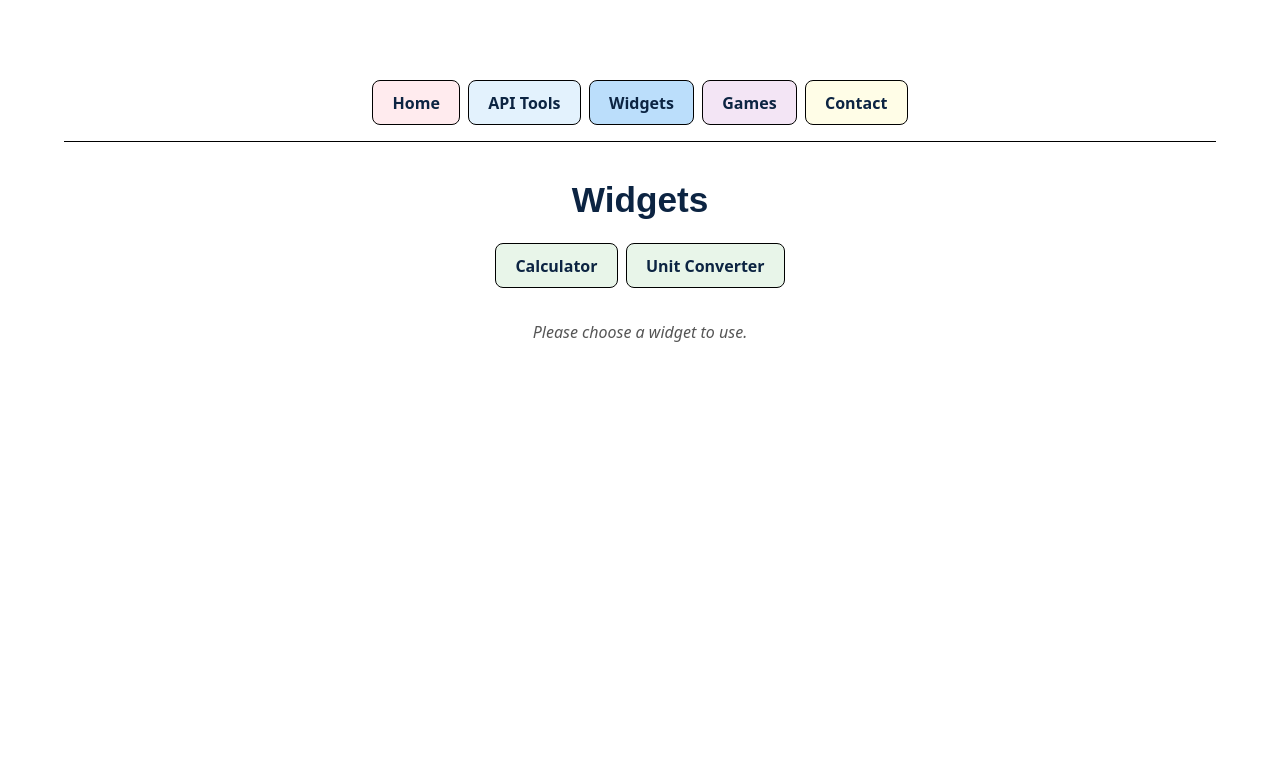
Repository: ourshadetree/TimPortfolio
Page: /widgets
The author's editor kept a copy of each file at every save. The page is drawn from the files as they stood at one save, then again after the next save.
The browser window is 1280 px wide. The pictures show the whole page.
The project was rebuilt for these pictures with package versions that can differ from the ones it lists, and the page was loaded fresh each time. Also part of the build but not shown: vite.config.js, src/views/HomeView.vue, src/components/MovieApi.vue, src/components/WeatherApi.vue, src/views/ApiTools.vue, src/components/Calculator.vue, src/components/UnitConverter.vue, src/components/RockPaperScissors.vue and 3 more. Imported but missing from the stored project, and not drawn on this page: src/assets/CurrentResumeTimSB.pdf.

Above is the page before, as saved 2025-05-07 14:24:55.

### src/main.js
// src/main.js
import { createApp } from 'vue'
import App        from './App.vue'
import { router } from './router'
import './assets/style.css'         // your reset / base styles

createApp(App)
  .use(router)
  .mount('#app')

### src/App.vue
<!-- src/App.vue -->
<template>
  <div id="app">
    <header>
      <nav>
        <router-link to="/"       class="tab tab--home">Home</router-link>
        <router-link to="/api-tools" class="tab tab--api">API Tools</router-link>
        <router-link to="/widgets"   class="tab tab--widgets">Widgets</router-link>
        <router-link to="/games"     class="tab tab--games">Games</router-link>
        <router-link to="/contact"   class="tab tab--contact">Contact</router-link>
      </nav>
    </header>
    <main>
      <router-view/>
    </main>
  </div>
</template>


<script setup>
// no script needed here yet
</script>

<style>
#app {
  background: white;
  min-height: 100vh;
}

/* header/nav styling */
header {
  padding: 1rem;
  border-bottom: 1px solid black;
  text-align: center;
}
nav {
  display: inline-flex;
  gap: 0.5rem;
}
nav a {
  padding: 0.5rem 1rem;
  border: 1px solid black;
  border-radius: 8px;
  background: #FDEFF9; /* pastel pink */
  color: #0C2442;
  text-decoration: none;
  font-weight: bold;
}
nav a.router-link-active {
  background: yellow; /* pastel blue when active */
}

/* base tab style */
.tab {
  padding: 0.6rem 1.2rem;
  border: 1px solid #000;
  border-radius: 8px;
  text-decoration: none;
  font-weight: bold;
  color: #0C2442;
  transition: opacity .2s;
}
.tab:hover {
  opacity: 0.8;
}

/* pastel colours for each */
.tab--home     { background: #FFEBEE; } /* very light pink */
.tab--api      { background: #E3F2FD; } /* very light blue */
.tab--widgets  { background: #E8F5E9; } /* very light green */
.tab--games    { background: #F3E5F5; } /* very light purple */
.tab--contact  { background: #FFFDE7; } /* very light yellow */

</style>

### src/router/index.js
// src/router/index.js
import { createRouter, createWebHistory } from 'vue-router'
import HomeView    from '../views/HomeView.vue'
import ApiTools    from '../views/ApiTools.vue'
import Widgets     from '../views/Widgets.vue'
import Games       from '../views/Games.vue'
import Contact     from '../views/Contact.vue'

const routes = [
  { path: '/',           name: 'Home',      component: HomeView },
  { path: '/api-tools',   name: 'API Tools', component: ApiTools },
  { path: '/widgets',     name: 'Widgets',   component: Widgets },
  { path: '/games',       name: 'Games',     component: Games },
  { path: '/contact',     name: 'Contact',   component: Contact },
]

export const router = createRouter({
  history: createWebHistory(),
  routes,
})

### src/assets/style.css
/* ------------------------------------------------------------------------
   src/assets/style.css
   ————————————————————————————————————————————————————————————————
   1) Reset / base
   2) Layout (#app, header/nav)
   3) Typography (h1)
   4) Tabs (.tab, .tab--*)
   5) Buttons, links, etc.
   ------------------------------------------------------------------------ */

/* 1) -------- Reset / Base -------- */
:root {
  /* overall color scheme */
  background-color: #ffffff;
  color: #0C2442; /* dark blue text */
  font-family: Karla, system-ui, sans-serif;
  line-height: 1.5;
}

*,
*::before,
*::after {
  box-sizing: border-box;
  margin: 0;
  padding: 0;
}

/* 2) --------#app & header/nav layout -------- */
#app {
  max-width: 1280px;
  margin: 0 auto;
  padding: 2rem;
  text-align: center;
  background: white;
  min-height: 100vh;
}

header {
  padding-bottom: 1rem;
  border-bottom: 1px solid black;
  margin-bottom: 2rem;
}

nav {
  display: inline-flex;
  gap: 0.5rem;
}

/* 3) -------- Typography -------- */
#app h1 {
  font-family: 'Sora', sans-serif;
  font-size: 2.2rem;
  font-weight: 900;
  margin: 1rem 0;
}

/* 4) -------- Tabs -------- */
.tab {
  display: inline-block;
  padding: 0.6rem 1.2rem;
  border: 1px solid black;
  border-radius: 8px;
  text-decoration: none;
  font-weight: bold;
  color: #0C2442;
  transition: opacity 0.2s;
}
.tab:hover {
  opacity: 0.8;
}

/* Pastel for each */
.tab--home     { background: #FFEBEE; } /* very light pink */
.tab--api      { background: #E3F2FD; } /* very light blue */
.tab--widgets  { background: #E8F5E9; } /* very light green */
.tab--games    { background: #F3E5F5; } /* very light purple */
.tab--contact  { background: #FFFDE7; } /* very light yellow */

/* Active tab override */
.router-link-active {
  /* pastel‑blue highlight for whichever is active */
  background: #BBDEFB !important;
}

/* 5) -------- Buttons & Links -------- */
button {
  border-radius: 8px;
  border: 1px solid black;
  padding: 0.6rem 1.2rem;
  font: inherit;
  background: #f0f0f0;
  cursor: pointer;
  transition: background 0.2s;
}
button:hover {
  background: #e0e0e0;
}

a {
  color: inherit;
  text-decoration: none;
}

### src/views/Widgets.vue
<!-- src/views/Widgets.vue -->
<template>
    <section>
      <h1>Widgets</h1>

      <!-- Tab header -->
      <nav>
        <button
          v-for="widget in widgets"
          :key="widget.name"
          @click="toggleWidget(widget.name)"
          :class="['tab', widget.tabClass, { 'router-link-active': currentTab === widget.name }]"
        >
          {{ widget.name }}
        </button>
      </nav>

      <!-- Placeholder or dynamic widget output -->
      <div class="widget-container">
        <p v-if="!currentTab" class="choose-message">
          Please choose a widget to use.
        </p>
        <component
          v-else
          :is="currentComponent"
          :key="currentTab"
        />
      </div>
    </section>
  </template>

  <script setup>
  import { ref, computed } from 'vue'
  import Calculator     from '@/components/Calculator.vue'
  import UnitConverter  from '@/components/UnitConverter.vue'

  const widgets = [
    { name: 'Calculator',     component: Calculator,    tabClass: 'tab--widgets' },
    { name: 'Unit Converter', component: UnitConverter, tabClass: 'tab--widgets' },
  ]

  const currentTab = ref(null)

  function toggleWidget(name) {
    currentTab.value = currentTab.value === name ? null : name
  }

  const currentComponent = computed(() => {
    const sel = widgets.find(w => w.name === currentTab.value)
    return sel ? sel.component : null
  })
  </script>

  <style scoped>
  nav {
    margin: 1rem 0;
    display: flex;
    justify-content: center;
    gap: 0.5rem;
  }

  .widget-container {
    padding-top: 1rem;
  }

  .choose-message {
    font-style: italic;
    color: #555;
    text-align: center;
  }
  </style>

Loaded but not shown: index.html (common file)

After the next save:
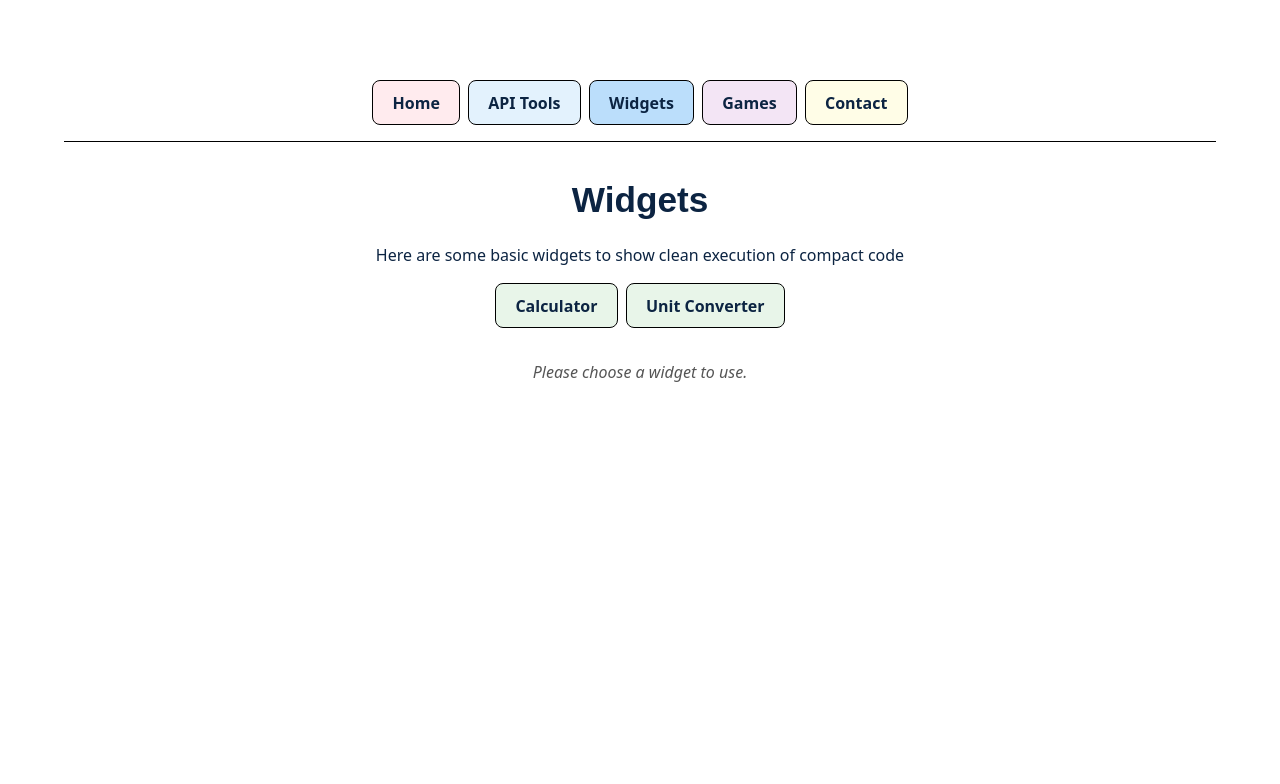
Saved 38 s later.
--- a/src/views/Widgets.vue
+++ b/src/views/Widgets.vue
@@ -2,7 +2,7 @@
 <template>
     <section>
       <h1>Widgets</h1>
-
+      <p>Here are some basic widgets to show clean execution of compact code</p>
       <!-- Tab header -->
       <nav>
         <button
